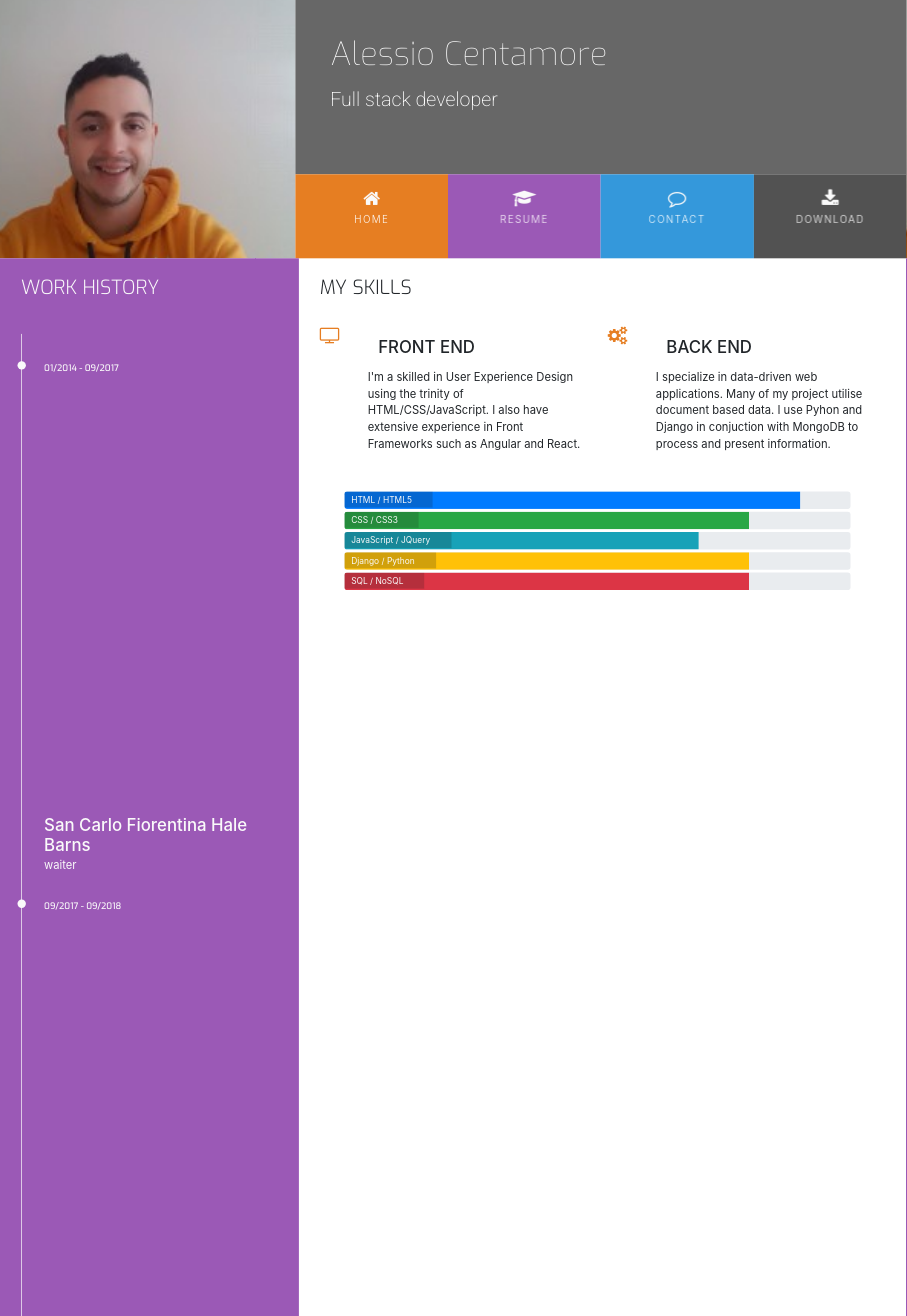
Repository: Baal89/Resume
Page: resume.html
The author's editor kept a record of every edit. The page is drawn from the files as they stood at one moment, then again after the next edit.
The browser window is 1280 px wide. The page is 1295 px wide, so the pictures cover 1295 px, including what lies to the right of the window. The pictures show the part of the page from y = 0 to 1880 px (the page is 2976 px tall before and 1104 px after), at 70% of full size.

Above is the page before.

### resume.html
<!DOCTYPE html>
<html lang="en">

<head>
    <meta charset="UTF-8">
    <meta name="viewport" content="width=device-width, initial-scale=1.0">
    <meta http-equiv="X-UA-Compatible" content="ie=edge">
    <link rel="stylesheet" href="https://stackpath.bootstrapcdn.com/bootstrap/4.4.1/css/bootstrap.min.css" integrity="sha384-Vkoo8x4CGsO3+Hhxv8T/Q5PaXtkKtu6ug5TOeNV6gBiFeWPGFN9MuhOf23Q9Ifjh" crossorigin="anonymous">
    <link href="https://stackpath.bootstrapcdn.com/font-awesome/4.7.0/css/font-awesome.min.css" rel="stylesheet" integrity="sha384-wvfXpqpZZVQGK6TAh5PVlGOfQNHSoD2xbE+QkPxCAFlNEevoEH3Sl0sibVcOQVnN" crossorigin="anonymous">
    <link rel="stylesheet" href="https://cdnjs.cloudflare.com/ajax/libs/hover.css/2.3.1/css/hover-min.css" type="text/css" />
    <link rel="stylesheet" href="assets/css/style.css" type="text/css" />
    <title>Alessio</title>
</head>

<body>

    <header>
        <div class="row">
            <a href="index.html" class="col-md-4 logo px-0">

            </a>
            <div class="col-md-8">
                <div class="row bg-color-name-title">
                    <div class="col heading px-0">
                        <h1 class="name">Alessio Centamore</h1>
                        <h2 class="title">Full stack developer</h2>
                    </div>
                </div>
                <div class="row">
                    <div class="col px-0">
                        <ul id="nav" class="list-inline menu-container">
                            <li class="col-6 col-sm-3 ui-menu-color-home list-inline-item menuitem">
                                <a href="index.html" class="hvr-sweep-to-bottom"><i class="fa fa-home" aria-hidden="true"></i><span>Home</span></a>
                            </li>
                            <li class="col-6 col-sm-3 ui-menu-color-resume list-inline-item menuitem">
                                <a href="resume.html" class="hvr-sweep-to-bottom"><i class="fa fa-graduation-cap" aria-hidden="true"></i><span>Resume</span></a>
                            </li>
                            <li class="col-6 col-sm-3 ui-menu-color-contact list-inline-item menuitem">
                                <a href="#" class="hvr-sweep-to-bottom"><i class="fa fa-comment-o" aria-hidden="true"></i><span>Contact</span></a>
                            </li>
                            <li class="col-6 col-sm-3 ui-menu-color-download list-inline-item menuitem">
                                <a href="#" class="hvr-sweep-to-bottom"><i class="fa fa-download" aria-hidden="true"></i><span>Download</span></a>
                            </li>
                        </ul>
                    </div>
                </div>
            </div>
        </div>
    </header>

    <section class="container-fluid">
        <div class="row">
            <div class="col-md-4 bg-color-personal-work-history section-column">
                <div class="row">
                    <div class="col-12">
                        <h3 class="history-heading uppercase">work history</h3>
                    </div>
                </div>
                <div class="history-item">
                    <div class="timeline-item" data-dates="01/2014 - 09/2017">
                        <h4>San Carlo Fiorentina Hale Barns</h4>
                        <p>waiter</p>
                    </div>
                    <div class="timeline-item" data-dates="09/2017 - 09/2018">
                        <h4>Artisan Living Ventures Restaurant Manchester</h4>
                        <p>Head Waiter</p>
                    </div>
                    <div class="timeline-item" data-dates="10/2018 - 01/2020">
                        <h4>San Carlo Bottega Selfridges Manchester</h4>
                        <p>Assistant General Manager</p>
                    </div>
                </div>
            </div>
            <div class="col-md-8 color-three-reasons section-column">
                <div class="row">
                    <div class="col">
                        <h3 class="section-heading uppercase">My skills</h3>
                    </div>
                </div>
                <div class="row">
                    <div class="col-10 offset-1 offset-sm-0 col-sm-4 col-md-6">
                        <div class="row">
                            <div class="col-2">
                                <i class="three-resons-icon fa fa-tv" aria-hidden="true"></i>
                            </div>
                            <div class="col-10">
                                <h4 class="three-reasons-heading uppercase">Front End</h4>
                                <p>I'm a skilled in User Experience Design using the trinity of HTML/CSS/JavaScript. I also have extensive experience in Front Frameworks such as Angular and React.</p>
                            </div>
                        </div>
                    </div>
                    <div class="col-10 offset-1 offset-sm-0 col-sm-4 col-md-6">
                        <div class="row">
                            <div class="col-2">
                                <i class="three-resons-icon fa fa-gears" aria-hidden="true"></i>
                            </div>
                            <div class="col-10">
                                <h4 class="three-reasons-heading uppercase">Back end</h4>
                                <p>I specialize in data-driven web applications. Many of my project utilise document based data. I use Pyhon and Django in conjuction with MongoDB to process and present information.</p>
                            </div>
                        </div>
                    </div>
                </div>
                <div class="row progress-section">
                    <div class="col">
                        <div class="progress">
                            <div class="progress-bar" role="progressbar" aria-valuenow="90" aria-valuemin="0" aria-valuemax="100" style="width: 90%;">
                                <span class="sr-only">90% complete </span>
                            </div>
                            <span class="progress-type">HTML / HTML5 </span>
                        </div>
                        <div class="progress">
                            <div class="progress-bar bg-success" role="progressbar" aria-valuenow="80" aria-valuemin="0" aria-valuemax="100" style="width: 80%;">
                                <span class="sr-only">80% complete </span>
                            </div>
                            <span class="progress-type">CSS / CSS3</span>
                        </div>
                        <div class="progress">
                            <div class="progress-bar bg-info" role="progressbar" aria-valuenow="70" aria-valuemin="0" aria-valuemax="100" style="width: 70%;">
                                <span class="sr-only">70% complete </span>
                            </div>
                            <span class="progress-type">JavaScript / JQuery</span>
                        </div>
                        <div class="progress">
                            <div class="progress-bar bg-warning" role="progressbar" aria-valuenow="80" aria-valuemin="0" aria-valuemax="100" style="width: 80%;">
                                <span class="sr-only">80% complete </span>
                            </div>
                            <span class="progress-type">Django / Python</span>
                        </div>
                        <div class="progress">
                            <div class="progress-bar bg-danger" role="progressbar" aria-valuenow="80" aria-valuemin="0" aria-valuemax="100" style="width: 80%;">
                                <span class="sr-only">80% complete </span>
                            </div>
                            <span class="progress-type">SQL / NoSQL</span>
                        </div>
                    </div>
                </div>
            </div>
        </div>
    </section>

    <footer class="container-fluid" id="footer-details">
        <div class="row">
            <div class="col-sm-4">
                <h5 class="uppercase general-sub">About</h5>
                <p class="inline-block">Full Stack Web Developer. Skilled in everything from HTML to Heroku. the capacity for structural and design thinking.</p>
            </div>
            <div class="col-sm-4">
                <h5 class="uppercase general-sub">Download</h5>
                <p class="inline-block">Need a printable version of my CV? Download it here.</p>
                <a href="#" target="_blank" class="cv-pdf">
                    <i class="fa fa-download" aria-hidden="true"></i>
                    <span class="sr-only">Download link.</span>
                </a>
            </div>
            <div class="col-sm-4">
                <h5 class="uppercase general-sub">Social</h5>
                <ul class="list-inline social-links">
                    <li class="list-inline-item">
                        <a target="_blank" href="#">
                            <i class="fa fa-facebook" aria-hidden="true"></i>
                            <span class="sr-only">Facebook</span>
                        </a>
                    </li>
                    <li class="list-inline-item">
                        <a target="_blank" href="#">
                            <i class="fa fa-twitter" aria-hidden="true"></i>
                            <span class="sr-only">Twitter</span>
                        </a>
                    </li>
                    <li class="list-inline-item">
                        <a target="_blank" href="#">
                            <i class="fa fa-linkedin" aria-hidden="true"></i>
                            <span class="sr-only">Linkedin</span>
                        </a>
                    </li>
                    <li class="list-inline-item">
                        <a target="_blank" href="#">
                            <i class="fa fa-instagram" aria-hidden="true"></i>
                            <span class="sr-only">Instagram</span>
                        </a>
                    </li>
                </ul>
            </div>
        </div>
    </footer>

</body>

</html>

### assets/css/style.css
@import url('https://fonts.googleapis.com/css?family=Roboto:100,200,300,400,500,600,700|Exo:100,200,300,400,500,600,700&display=swap');


/*-----------------------------------------------------------------Colors */

.bg-color-name-title {
    background-color: #676767;
}

.bg-color-three-resons {
    background-color: #fff;
}

.bg-color-personal-info {
    background-color: #f4f4f4
}

.bg-color-personal-work-history {
    background-color: #9b59b6;
}

.ui-menu-color-home {
    background-color: #e67e22;
}

.ui-menu-color-resume {
    background-color: #9b59b6;
}

.ui-menu-color-contact {
    background-color: #3498db;
}

.ui-menu-color-download {
    background-color: #525252;
}

/* ---------------------------------------------------------------Special padding/margins/text */

h1,
h2,
h3,
h4 {
    margin: 0;
}

.uppercase {
    text-transform: uppercase;
}

.general-sub {
    font-family: "Exo", sans-serif;
    font-weight: 300;
    color: #fafafa;
}

.inline-block {
    display: inline-block;
}

.row-table {
    display: table;
}

.section-column {
    display: table-cell;
    padding: 0 30px 30px;
    float: none;
}

.section-heading,
.history-heading {
    font-family: "Exo", sans-serif;
    font-weight: 300;
    margin-top: 25px;
    margin-bottom: 40px;
}

/* ---------------------------------------------------------------Heading */

header {
    margin: 0;
}

.heading {
    margin-left: 50px;
}

.logo {
    background-image: url("../img/Alessio.jpg");
    background-position: center;
    background-repeat: no-repeat;
    background-size: cover;
    min-height: 360px;
    transition: all .5s ease-in-out;
    -moz-transition: all .5s ease-in-out;
    -webkit-transition: all .5s ease-in-out;
}

.name {
    font-family: Exo, sans-serif;
    font-weight: 100;
    font-size: 46px;
    margin-top: 50px;
    color: #ffffff;
}

.title {
    font-family: Roboto, sans-serif;
    font-weight: 200;
    font-size: 28px;
    margin-top: 20px;
    margin-bottom: 90px;
    color: #ffffff;
}

.list-inline-item:not(:last-child) {
    margin-right: 0 !important;
}

.menu-container {
    font-size: 0;
}

#nav li {
    font-size: 14px;
    padding: 0;
}

.menuitem {
    height: 120px;
    text-align: center;
    padding: 0;
}

.menuitem a {
    width: 100%;
    text-decoration: none;
    color: #fff;
    height: 120px;
}

.menuitem i {
    padding-top: 22px;
    display: block;
    color: #fafafa;
    font-size: 26px;
}

.menuitem span {
    display: block;
    width: 100%;
    padding-top: 5px;
    text-align: center;
    text-transform: uppercase;
    font-size: 14px;
    font-weight: 300;
    letter-spacing: 2px;
}

#nav {
    margin: 0;
}

/* ---------------------------------------------------------------Hover */

.hvr-sweep-to-bottom:before {
    background-color: rgba(0,0,0, 0.2);
    height: 120px;
}

/* --------------------------------------------------------------Footer */

footer {
    background-color: #525252;
    color: #fafafa;
    min-height: 120px;
    margin: 0;
}

.cv-pdf i {
    font-size: 18px;
    color: #fafafa;
    text-align: center;
    padding-left: 5px;
    transition: all 0.35s ease-in-out;
    -moz-0transition: all 0.35s ease-in-out;
    -webkit-transition: all 0.35s ease-in-out;
    -o-transition: all 0.35s ease-in-out;
}

.cv-pdf i:hover {
    color: #e84610;
}

.social-links {
    padding-bottom: 15px;
}

.social-links li a i {
    width: 32px;
    height: 32px;
    padding: 12px 0;
    border-radius: 50%;
    font-size: 13px;
    line-height: 7px;
    text-align: center;
    color: #fafafa;
    background-color: #8f8f8f;
    transition: all 0.35s ease-in-out;
    -moz-0transition: all 0.35s ease-in-out;
    -webkit-transition: all 0.35s ease-in-out;
    -o-transition: all 0.35s ease-in-out;
}

.social-links li a i:hover {
    background-color: #e84610;
}

#footer-details {
    padding: 20px;
}

/* --------------------------------------------------------------three reasons */


.three-resons-icon {
    font-size: 26px;
    color: #e67e22;
}

.three-reasons-heading {
    margin: 15px;
}

/* --------------------------------------------------------------Personal info*/

.personal-info-item {
    margin-bottom: 20px;
    display: block;
    clear: both;
}

.personal-info-item .key,
.personal-info-item .value {
    padding-right: 8px;
    display: inline-block;
}

.personal-info-item .key p,
.personal-info-item .value p {
    margin: 0;
}

.personal-info-item .key {
    width: 30%;
    margin-right: 21px;
    padding-top: 2px;
    vertical-align: top;
}

.personal-info-item .key p {
    font-weight: 700;
}

.personal-info-item .value {
    position: relative;
    width: 60%;
}

/* --------------------------------------------------------------skills */

.progress {
    position: relative;
    height: 25px;
    margin-bottom: 4px;
}

.progress-type {
    position: absolute;
    left: 0px;
    font-weight: 400;
    padding: 3px 30px 2px 10px;
    color: #fafafa;
    background-color: rgba(25, 25, 25, 0.2);
}

.progress-section {
    margin: 40px 20px;
}

/* ---------------------------------------------------------------work history */

.history-heading {
    color: #fafafa;
    margin-bottom: 50px;
}

.timeline-item {
    padding: 43em 2em 0em 2em;
    position: relative;
    color: #fafafa;
    border-left: 1px solid;
}

.timeline-item p {
    padding: 0;
    margin: 0;
}

.timeline-item:before {
    content: attr(data-dates);
    position: absolute;
    left: 2.5em;
    top: 3em;
    display: block;
    font-family: "Exo" , sans-serif;
    font-weight: 500;
    font-size: 0.8em;
    padding: 0;
    margin: 0;
}

.timeline-item:after {
    width: 12px;
    height: 12px;
    display: block;
    top: 2.4em;
    position: absolute;
    left: -6px;
    border-radius: 12px;
    content: "";
    background-color: #fafafa;
}

After the next edit:
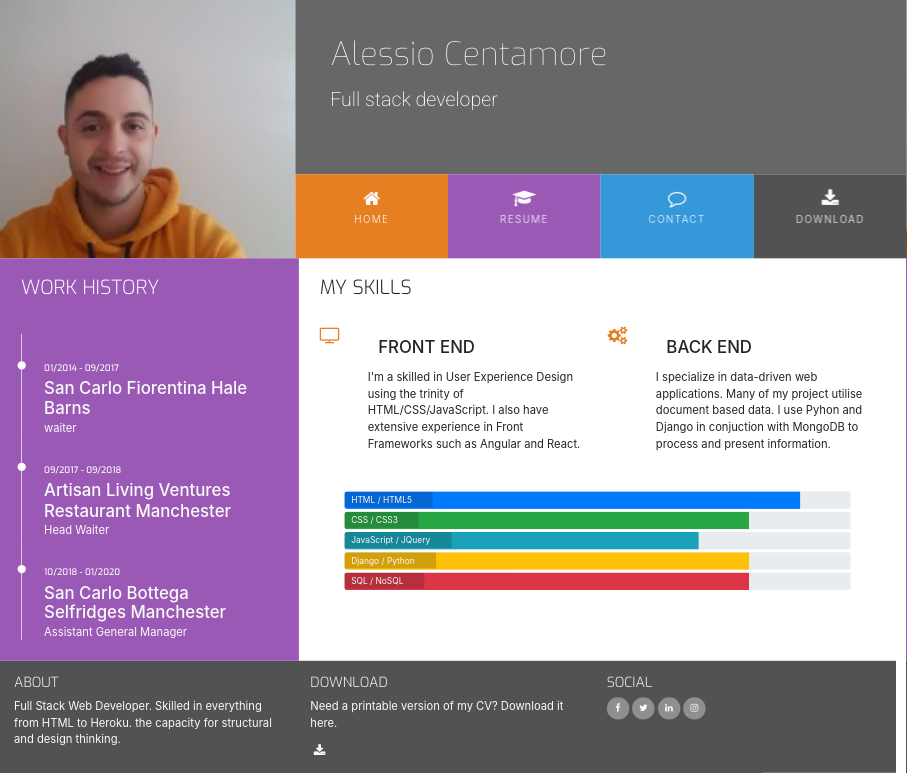
The edit:
--- a/assets/css/style.css
+++ b/assets/css/style.css
@@ -297,7 +297,7 @@
 }
 
 .timeline-item {
-    padding: 43em 2em 0em 2em;
+    padding: 4em 2em 0em 2em;
     position: relative;
     color: #fafafa;
     border-left: 1px solid;
